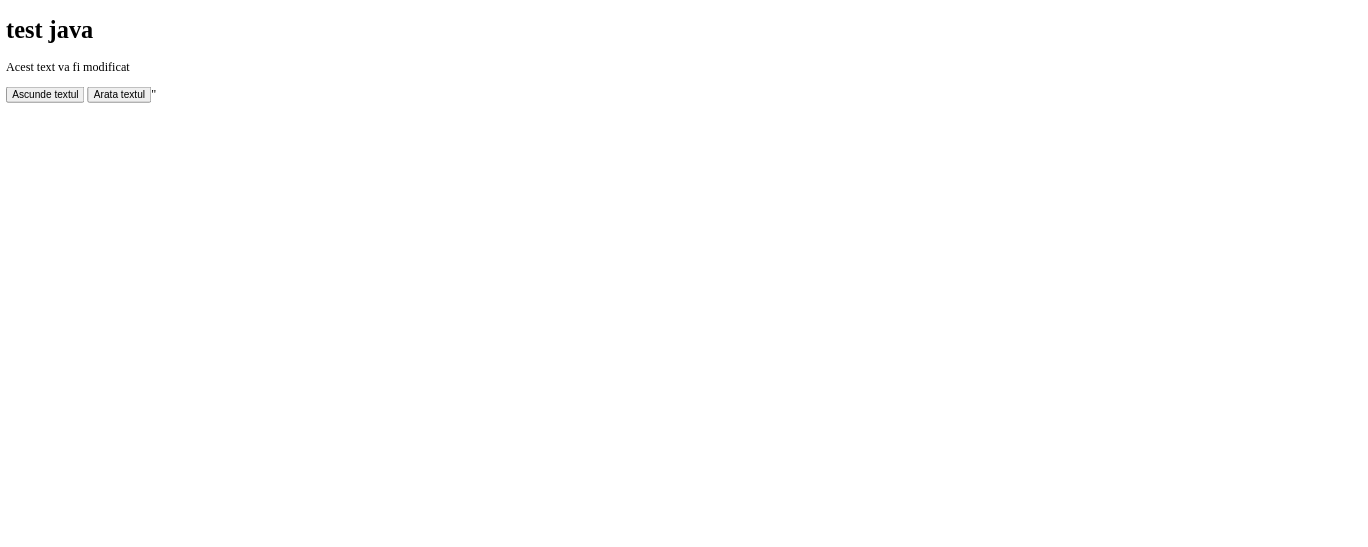
Repository: Parnicoza/testecomplete
Page: testcompletJS-1.html
These files come from the project's save history. The page is drawn as it stood at one moment and after the next save; the edit follows.
The browser window is 1280 px wide. The page is 1280 px wide, then 1800 px, so the pictures cover 1800 px, including what lies to the right of the window. The pictures show the whole page, at 76% of full size.

Above is the page before, as saved 2025-03-10 12:16:57.

After the next save:
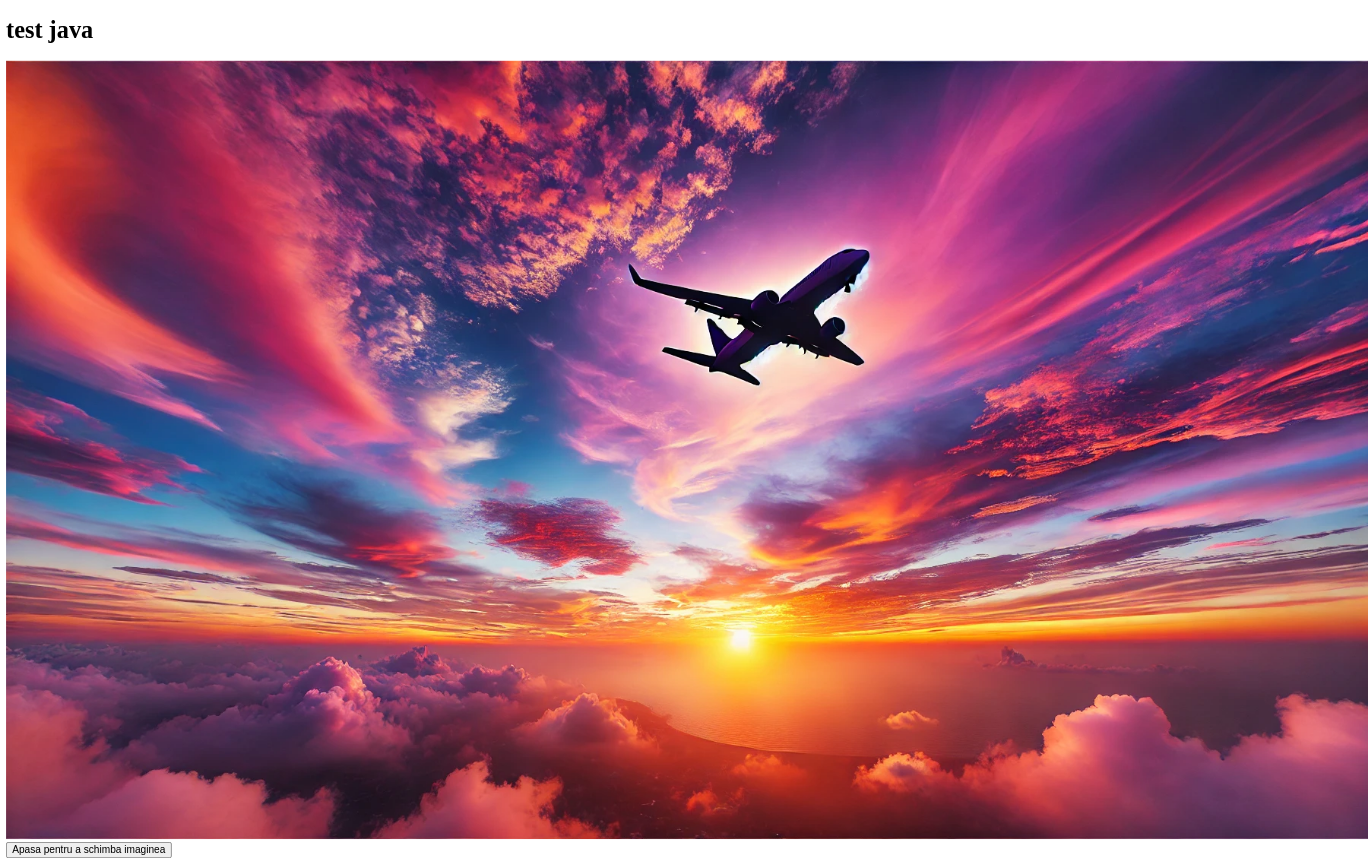
Saved 1 s later.
--- a/testcompletJS-1.html
+++ b/testcompletJS-1.html
@@ -6,9 +6,9 @@
 </head>
 <body>
     <h1>test java</h1>
-    <p id="p">Acest text va fi modificat</p>
-    <button onclick="schimbaafisaj()">Ascunde textul</button>
-    <button onclick="arataafisaj()">Arata textul</button>"
+
+    <img id="image" src="imaginitestecomplete/airplain.jpg">
+    <button onclick="schimbaimaginea()">Apasa pentru a schimba imaginea</button>
     <script src="java.js"></script>
 </body>
 </html>
